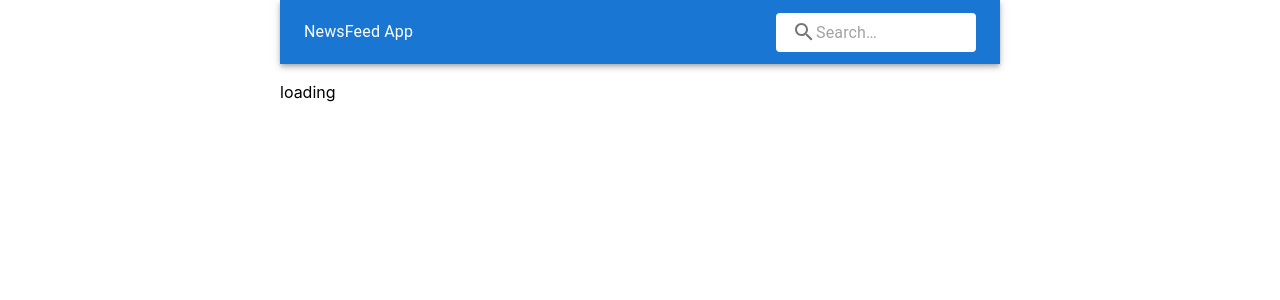
Repository: Baraajad231/News-Feed
Page: /
These files come from the project's save history. The page is drawn as it stood at one moment and after the next save; the edit follows.
The browser window is 1280 px wide. The pictures show the whole page.
The page's requests for data from a server got no answer. The project was rebuilt for these pictures with package versions that can differ from the ones it lists, and the page was loaded fresh each time. No one was signed in, and anything a server would have sent is missing. Also part of the build but not shown: vite.config.js, src/components/newsArticle.jsx.

Above is the page before, as saved 2026-03-20 22:53:45.

After the next save:
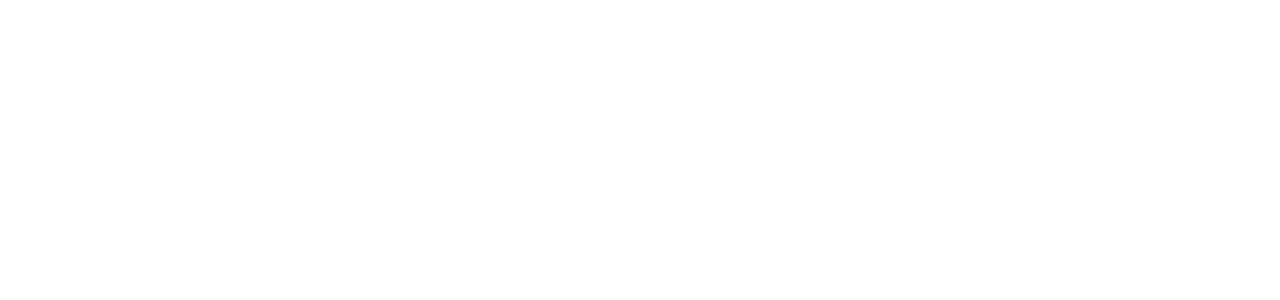
Console error: ReferenceError: loading is not defined
Saved 24 s later.
--- a/src/App.jsx
+++ b/src/App.jsx
@@ -43,7 +43,11 @@
   return (
     <Container>
       <NewsHeader onSearchChange={searchChangeHandler} />
-      {isLoading ? <p>loading</p> : <NewsFeed articles={articles} />}
+      {isLoading ? (
+        <p>loading</p>
+      ) : (
+        <NewsFeed articles={articles} loading={loading} />
+      )}
     </Container>
   );
 }

After the 3 saves that followed:
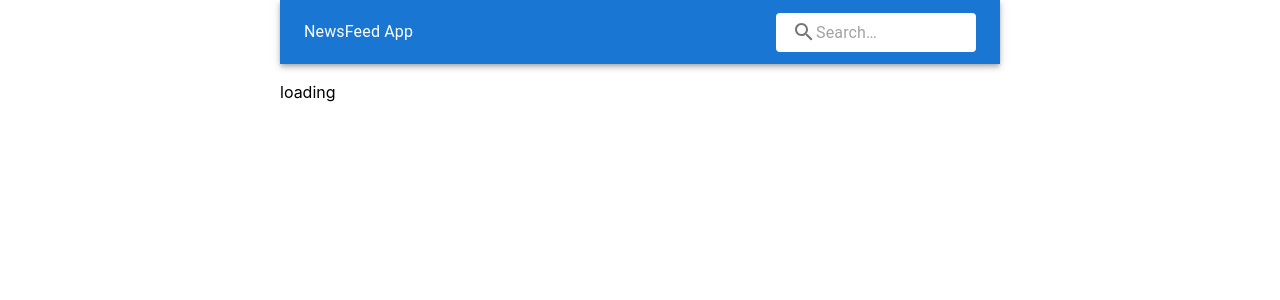
The error is gone.
The 3 saves are shown as one change because 2 left the picture as it was.
The last was saved 4 min 5 s later.
--- a/src/App.jsx
+++ b/src/App.jsx
@@ -46,7 +46,7 @@
       {isLoading ? (
         <p>loading</p>
       ) : (
-        <NewsFeed articles={articles} loading={loading} />
+        <NewsFeed articles={articles} loading={isLoading} />
       )}
     </Container>
   );
--- a/src/components/NewsFeed.jsx
+++ b/src/components/NewsFeed.jsx
@@ -1,7 +1,20 @@
 import { Typography } from "@mui/material";
 import NewsArticle from "./newsArticle";
 
-const NewsFeed = ({ articles }) => {
+const NewsFeed = ({ articles, loading }) => {
+  if (loading) {
+    return (
+      <Box
+        display="flex"
+        justifyContent="center"
+        alignItems="center"
+        height="50vh"
+      >
+        <CircularProgress />
+      </Box>
+    );
+  }
+
   const results = !articles.length ? (
     <Typography align="center" variant="h6" color="textSecondary" marginTop={4}>
       No articles found.
